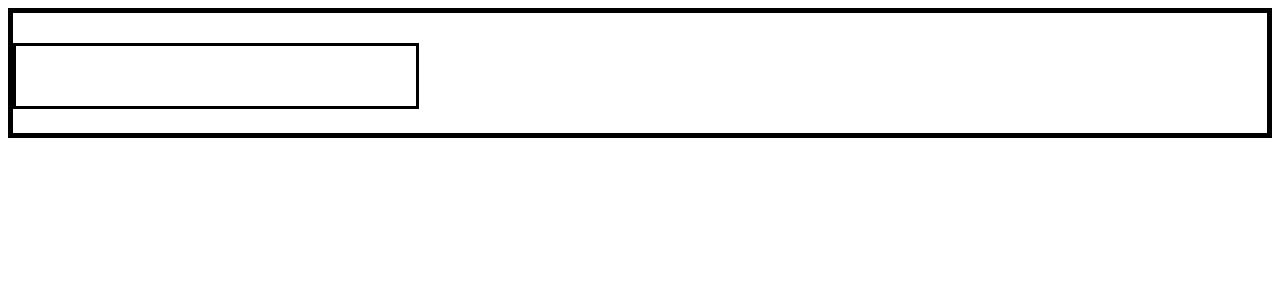
Repository: cartervandekamp/htmlstructure.mdia2003
Page: htmlstructure-psd/index.html
The author's editor kept a copy of each file at every save. The page is drawn from the files as they stood at one save, then again after the next save.
The browser window is 1280 px wide. The pictures show the whole page.

Above is the page before, as saved 2023-01-16 17:57:03.

### htmlstructure-psd/index.html
<!DOCTYPE html>
<html lang="en">
<head>
    <title>Document</title>
    <link rel="stylesheet" href="style.css">
</head>
<body>
    <div class="toprow">
        <div class="topleft"></div>
        <div class="topmiddle"></div>
        <div class="topright"></div>
    </div>
    <div class="thinbar"></div>
    <div class="secondrow">
        <div class="secondleft"></div>
        <div class="secondmiddle"></div>
        <div class="secondright"></div>
    </div>
    <div class="middlecontent">
        <div class="middleleftone">
            <div class="titletextone"></div>
            <div class="bodytextone"></div>
            <div class="footerone"></div>
        </div>
        <div class="middlelefttwo">
            <div class="titletexttwo"></div>
            <div class="bodytexttwo"></div>
            <div class="footertwo"></div>
        </div>
    </div>
    <div class="middlerightone"></div>
    <div class="middlerighttwo"></div>
    <div class="middlerightthree"></div>
    <div class="middletextfour"></div>
<div class="footer">
    <div class="footertitle"></div>
    <div class="footercontent">
        <div class="footercontentone"></div>
        <div class="footercontenttwo"></div>
        <div class="footercontentthree"></div>
        <div class="footercontentfour"></div>
    </div>
    <div class="footerbottom"></div>
</div>

</body>
</html>

### htmlstructure-psd/style.css
body {
    border-style: solid;
    border-color: black;
    border-width: 2px;
}

.toprow {
    height: 120px;
    border-style: solid;
    border-color: black;
}

.topleft {
    height: 60px;
    width: 400px;
    margin-top: 30px;
    border-style: solid;
    border-color: black;
}

After the next save:
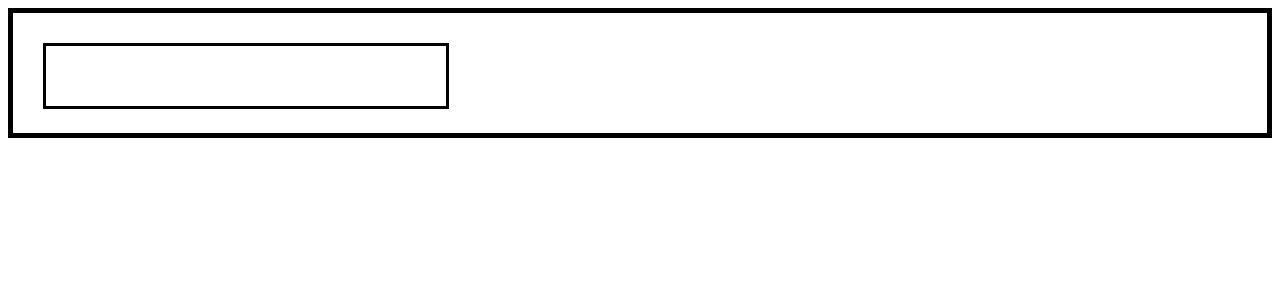
Saved 6 s later.
--- a/htmlstructure-psd/style.css
+++ b/htmlstructure-psd/style.css
@@ -13,7 +13,7 @@ body {
 .topleft {
     height: 60px;
     width: 400px;
-    margin-top: 30px;
+    margin: 30px;
     border-style: solid;
     border-color: black;
 }
